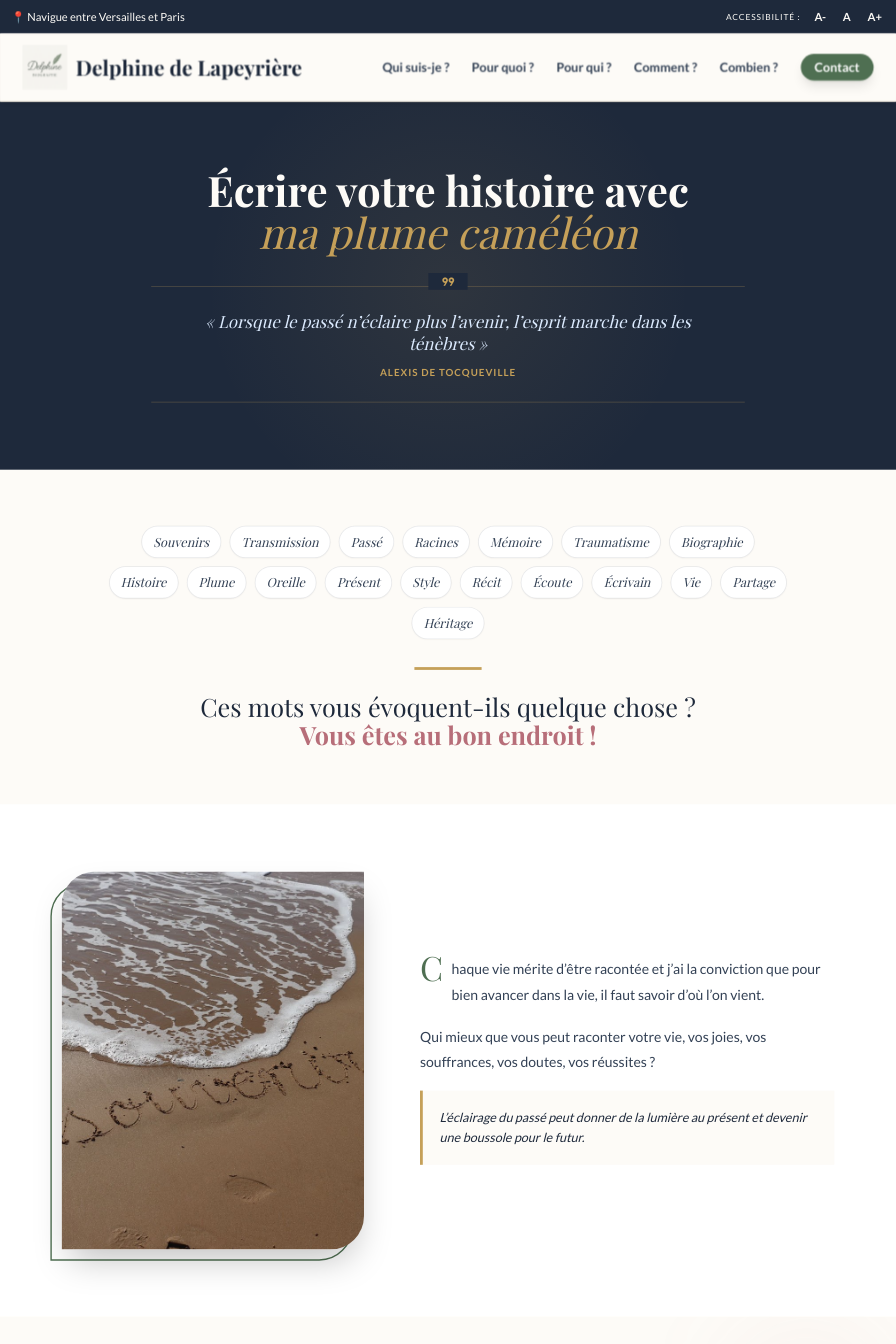
Repository: louisbdc/delphine-biographe
Page: /pour-quoi-faire
These files come from the project's save history. The page is drawn as it stood at one moment and after the next save; the edit follows.
The browser window is 1280 px wide. The pictures show the part of the page from y = 0 to 1920 px (the page is 3315 px tall before and 3403 px after), at 70% of full size.
Some web fonts or font styles are not loaded; a fallback is used. The project was rebuilt for these pictures with package versions that can differ from the ones it lists, and the page was loaded fresh each time. The framework's server and built-in components were replaced by stand-ins that run in the browser. Also part of the build but not shown: next.config.js.

Above is the page before, as saved 2026-01-07 16:51:30.

### app/layout.tsx
import type { Metadata } from "next";
import "./globals.css";
import AccessibilityControls from "@/components/AccessibilityControls";
import Footer from "@/components/Footer";

export const metadata: Metadata = {
  title: "Delphine de Lapeyrière | Biographe Familiale",
  description: "Biographe familiale, j'écris le livre de votre vie",
  icons: {
    icon: "/logo.png",
  },
};

export default function RootLayout({
  children,
}: Readonly<{
  children: React.ReactNode;
}>) {
  return (
    <html lang="fr" className="scroll-smooth">
      <head>
        {/* Google Fonts: Playfair Display (Serif) & Lato (Sans) */}
        <link rel="preconnect" href="https://fonts.googleapis.com" />
        <link rel="preconnect" href="https://fonts.gstatic.com" crossOrigin="anonymous" />
        <link
          href="https://fonts.googleapis.com/css2?family=Lato:wght@400;700&family=Playfair+Display:ital,wght@0,400;0,700;1,400&display=swap"
          rel="stylesheet"
        />
        {/* Material Symbols for Icons */}
        <link
          rel="stylesheet"
          href="https://fonts.googleapis.com/css2?family=Material+Symbols+Outlined:opsz,wght,FILL,GRAD@24,400,0,0"
        />
      </head>
      <body
        className="font-sans antialiased text-navy overflow-x-hidden flex flex-col min-h-screen"
      >
        {/* Accessibility & Top Bar */}
        <div className="bg-navy text-cream py-2 px-4 flex justify-between items-center text-sm md:text-base">
          <span className="hidden md:inline">📍 Navigue entre Versailles et Paris</span>
          <AccessibilityControls />
        </div>
        <main className="flex-1">
          {children}
        </main>
        <Footer />
      </body>
    </html>
  );
}

### app/pour-quoi-faire/page.tsx
import Navigation from "@/components/Navigation";
import Image from "next/image";

export default function PourQuoi() {
  return (
    <>
      <Navigation />

      {/* Hero Section : Titre et Citation */}
      <section className="relative py-24 bg-navy text-cream overflow-hidden">
        {/* Élément décoratif de fond */}
        <div className="absolute top-0 left-0 w-full h-full opacity-10 bg-[radial-gradient(circle_at_center,_var(--tw-gradient-stops))] from-gold via-transparent to-transparent"></div>

        <div className="container mx-auto px-6 max-w-4xl relative z-10 text-center">
          <h1 className="text-4xl md:text-6xl font-serif font-bold mb-12 leading-tight">
            Écrire votre histoire avec <br/>
            <span className="text-gold italic font-light">ma plume caméléon</span>
          </h1>

          <div className="relative inline-block p-8 border-t border-b border-gold/30">
            <span className="absolute -top-5 left-1/2 -translate-x-1/2 bg-navy px-4 text-gold material-symbols-outlined text-3xl">format_quote</span>
            <p className="text-xl md:text-2xl font-serif italic leading-relaxed text-blue-100">
              « Lorsque le passé n’éclaire plus l’avenir, l’esprit marche dans les ténèbres »
            </p>
            <p className="mt-4 text-sm uppercase tracking-widest text-gold font-bold">
              Alexis de Tocqueville
            </p>
          </div>
        </div>
      </section>

      {/* Section Mots-Clés : Design "Nuage de mots" */}
      <section className="py-20 bg-[#FDFBF7]">
        <div className="container mx-auto px-6 max-w-5xl text-center">
          <div className="flex flex-wrap justify-center gap-3 mb-10">
            {[
              "Souvenirs", "Transmission", "Passé", "Racines", "Mémoire",
              "Traumatisme", "Biographie", "Histoire", "Plume", "Oreille",
              "Présent", "Style", "Récit", "Écoute", "Écrivain",
              "Vie", "Partage", "Héritage"
            ].map((word, index) => (
              <span key={index} className="px-4 py-2 bg-white border border-navy/10 rounded-full text-navy-light font-serif italic text-lg shadow-sm">
                {word}
              </span>
            ))}
          </div>

          <div className="w-24 h-1 bg-gold mx-auto mb-8"></div>

          <h2 className="text-3xl md:text-4xl font-serif text-navy">
            Ces mots vous évoquent-ils quelque chose ? <br/>
            <span className="text-old-rose font-bold">Vous êtes au bon endroit !</span>
          </h2>
        </div>
      </section>

      {/* Section "Conviction" : Image à Gauche, Texte à Droite */}
      <section className="py-24 bg-white">
        <div className="container mx-auto px-6 max-w-6xl">
          <div className="grid md:grid-cols-12 gap-12 items-center">

            {/* Image d'ambiance */}
            <div className="md:col-span-5 relative">
              <div className="absolute inset-0 border-2 border-sage transform -translate-x-4 translate-y-4 rounded-tl-[3rem] rounded-br-[3rem] z-0"></div>
              <div className="relative z-10 rounded-tl-[3rem] rounded-br-[3rem] overflow-hidden shadow-2xl aspect-[4/5]">
                 <Image
                    src="/sea.jpg"
                    alt="Eclairage du passé"
                    fill
                    className="object-cover"
                 />
              </div>
            </div>

            {/* Texte Principal */}
            <div className="md:col-span-7 md:pl-8 space-y-6 text-lg text-navy-light leading-relaxed">
              <p>
                <span className="text-5xl float-left mr-3 mt-[-8px] font-serif text-sage">C</span>
                haque vie mérite d’être racontée et j’ai la conviction que pour bien avancer dans la vie, il faut savoir d’où l’on vient.
              </p>
              <p>
                Qui mieux que vous peut raconter votre vie, vos joies, vos souffrances, vos doutes, vos réussites ?
              </p>
              <div className="bg-[#FDFBF7] p-6 border-l-4 border-gold italic text-navy my-6">
                L’éclairage du passé peut donner de la lumière au présent et devenir une boussole pour le futur.
              </div>
            </div>
          </div>
        </div>
      </section>

      {/* Section "Passion & Émotion" : Centré */}
      <section className="py-24 bg-[#FDFBF7] relative overflow-hidden">
        <div className="absolute top-0 right-0 w-64 h-64 bg-old-rose/5 rounded-full blur-3xl"></div>
        <div className="container mx-auto px-6 max-w-4xl relative z-10">
          <div className="text-center mb-12">
            <span className="material-symbols-outlined text-5xl text-old-rose mb-6">history_edu</span>
            <p className="text-xl md:text-2xl text-navy leading-relaxed font-light">
              J’aime l’idée de faire renaître des souvenirs, de mettre en mots une vie, votre vie.
              De voir s’animer votre regard à l’évocation de certaines anecdotes, de sentir votre
              émotion palpable et d’en écrire avec vous la partition.
            </p>
          </div>
        </div>
      </section>

      {/* Section "Cadeau aux générations" : Carte finale */}
      <section className="py-24 bg-white">
        <div className="container mx-auto px-6 max-w-5xl">
          <div className="bg-navy rounded-3xl p-10 md:p-16 text-cream shadow-2xl relative overflow-hidden">
            {/* Image de fond abstraite ou texture */}
            <div className="absolute inset-0 opacity-10 bg-[url('/background.png')] bg-cover mix-blend-overlay"></div>

            <div className="relative z-10 grid md:grid-cols-2 gap-12 items-center">
              <div>
                <h3 className="text-3xl font-serif font-bold text-gold mb-6">
                  Un trésor inestimable
                </h3>
                <p className="text-lg leading-relaxed text-blue-50">
                  À l’heure où l’écrit tend à disparaître, où recevoir une lettre devient une rareté, où l’on se contente de taper un SMS rapide ou même d’enregistrer un vocal pour dire des choses aussi bien banales qu’essentielles...
                </p>
              </div>
              <div>
                <p className="text-xl font-serif italic leading-relaxed border-l-2 border-gold pl-6">
                  "Coucher sur le papier quelques bribes de sa vie, un événement important ou sa vie entière est un magnifique cadeau à faire aux générations futures qui éprouveront, un jour, le besoin de se replonger dans leurs racines."
                </p>
                <div className="mt-8">
                  <a
                    href="/contact"
                    className="inline-block bg-gold text-navy font-bold py-3 px-8 rounded-full hover:bg-white transition-colors duration-300"
                  >
                    Offrir ce cadeau
                  </a>
                </div>
              </div>
            </div>
          </div>
        </div>
      </section>
    </>
  );
}

### app/globals.css
@tailwind base;
@tailwind components;
@tailwind utilities;

body {
  background-color: #FDFBF7;
  color: #1E293B;
  /* High contrast text */
}

/* Smooth fade-in animation */
.fade-in {
  animation: fadeIn 1.2s ease-in-out;
}

@keyframes fadeIn {
  from { opacity: 0; transform: translateY(10px); }
  to { opacity: 1; transform: translateY(0); }
}

/* Focus states for accessibility */
a:focus, button:focus {
  outline: 3px solid #C5A059;
  outline-offset: 2px;
}

/* Typography overrides for specific senior readability */
p {
  line-height: 1.8;
  font-size: 1.25rem; /* ~20px for excellent readability */
}

### components/AccessibilityControls.tsx
"use client";

import { useState, useEffect } from "react";

export default function AccessibilityControls() {
  // On démarre à 100% (1) par défaut
  const [currentZoom, setCurrentZoom] = useState(1);
  const [mounted, setMounted] = useState(false);

  // Au chargement de la page (côté client uniquement)
  useEffect(() => {
    setMounted(true);
    // 1. On essaie de récupérer une préférence existante
    const savedZoom = localStorage.getItem("user-font-zoom");
    if (savedZoom) {
      const zoomValue = parseFloat(savedZoom);
      setCurrentZoom(zoomValue);
      applyZoom(zoomValue);
    } else {
      // Si aucune préférence, on applique la valeur par défaut
      applyZoom(1);
    }
  }, []);

  // Fonction pour appliquer le zoom sur la balise HTML racine
  const applyZoom = (zoom: number) => {
    if (typeof document !== "undefined") {
      // On touche à l'élément racine <html> pour que les 'rem' de Tailwind s'adaptent
      document.documentElement.style.fontSize = `${100 * zoom}%`;
    }
  };

  const handleZoomChange = (newZoom: number) => {
    setCurrentZoom(newZoom);
    applyZoom(newZoom);
    // On sauvegarde le choix pour la prochaine visite
    localStorage.setItem("user-font-zoom", newZoom.toString());
  };

  const increaseText = () => {
    if (currentZoom < 1.3) { // Max 130%
      // On utilise toFixed pour éviter les problèmes de virgule flottante (0.1 + 0.2 != 0.3)
      const newVal = parseFloat((currentZoom + 0.1).toFixed(1));
      handleZoomChange(newVal);
    }
  };

  const decreaseText = () => {
    if (currentZoom > 0.9) { // Min 90%
      const newVal = parseFloat((currentZoom - 0.1).toFixed(1));
      handleZoomChange(newVal);
    }
  };

  const resetText = () => {
    handleZoomChange(1); // Retour à 100%
  };

  // Pour éviter les erreurs d'hydratation (différence serveur/client),
  // on n'affiche rien tant que le composant n'est pas monté.
  if (!mounted) return null;

  return (
    <div className="flex items-center gap-4" id="accessibility-controls">
      <span className="uppercase tracking-widest text-xs hidden sm:inline">Accessibilité :</span>
      <button
        onClick={decreaseText}
        className="hover:text-gold font-bold p-1 transition-colors"
        aria-label="Diminuer la taille du texte"
        title="Réduire le texte"
      >
        A-
      </button>
      <button
        onClick={resetText}
        className="hover:text-gold font-bold p-1 transition-colors"
        aria-label="Taille du texte par défaut"
        title="Taille par défaut"
      >
        A
      </button>
      <button
        onClick={increaseText}
        className="hover:text-gold font-bold p-1 transition-colors"
        aria-label="Augmenter la taille du texte"
        title="Agrandir le texte"
      >
        A+
      </button>
    </div>
  );
}

### components/Footer.tsx
export default function Footer() {
  const currentYear = new Date().getFullYear();

  return (
    <footer className="bg-navy text-cream mt-auto">
      <div className="container mx-auto px-4 md:px-8 py-8 md:py-12">
        <div className="grid grid-cols-1 md:grid-cols-3 gap-8 md:gap-12">
          {/* Logo & Description */}
          <div className="flex flex-col items-center md:items-start">
            <div className="flex items-center gap-3 mb-4">
              <img
                src="/logo.png"
                alt="Delphine de Lapeyrière - Biographe"
                className="h-12 md:h-16 w-auto"
              />
              <span className="text-xl md:text-2xl font-serif font-bold text-cream">
                Delphine, biographe
              </span>
            </div>
            <p className="text-cream/80 text-center md:text-left text-base-lg">
              Biographe familiale, j&apos;écris le livre de votre vie
            </p>
          </div>

          {/* Navigation Links */}
          <div className="flex flex-col items-center md:items-start">
            <h3 className="text-lg font-serif font-bold mb-4 text-gold">
              Navigation
            </h3>
            <ul className="flex flex-col gap-3 text-base-lg">
              <li>
                <a
                  href="/qui-suis-je"
                  className="hover:text-gold transition-colors underline-offset-4 hover:underline"
                >
                  Qui suis-je ?
                </a>
              </li>
              <li>
                <a
                  href="/pour-quoi-faire"
                  className="hover:text-gold transition-colors underline-offset-4 hover:underline"
                >
                  Pour quoi ?
                </a>
              </li>
              <li>
                <a
                  href="/pour-qui"
                  className="hover:text-gold transition-colors underline-offset-4 hover:underline"
                >
                  Pour qui ?
                </a>
              </li>
              <li>
                <a
                  href="/comment"
                  className="hover:text-gold transition-colors underline-offset-4 hover:underline"
                >
                  Comment ?
                </a>
              </li>
              <li>
                <a
                  href="/combien"
                  className="hover:text-gold transition-colors underline-offset-4 hover:underline"
                >
                  Combien ?
                </a>
              </li>
              <li>
                <a
                  href="/contact"
                  className="hover:text-gold transition-colors underline-offset-4 hover:underline"
                >
                  Contact
                </a>
              </li>
            </ul>
          </div>

          {/* Contact Info */}
          <div className="flex flex-col items-center md:items-start">
            <h3 className="text-lg font-serif font-bold mb-4 text-gold">
              Contact
            </h3>
            <div className="flex flex-col gap-3 text-base-lg text-cream/80">
              <p className="flex items-center gap-2">
                <span className="material-symbols-outlined text-gold">location_on</span>
                <span>Versailles et Paris</span>
              </p>
              <p>
                <a
                  href="/contact"
                  className="hover:text-gold transition-colors underline-offset-4 hover:underline"
                >
                  Me contacter
                </a>
              </p>
            </div>
          </div>
        </div>

        {/* Copyright */}
        <div className="border-t border-cream/20 mt-8 pt-6 text-center text-cream/60 text-sm md:text-base">
          <p className="flex flex-wrap justify-center items-center gap-2">
            <span>© {currentYear} Delphine de Lapeyrière - Tous droits réservés</span>
            <span>•</span>
            <a
              href="/mentions-legales"
              className="hover:text-gold transition-colors underline-offset-4 hover:underline"
            >
              Mentions légales
            </a>
          </p>
        </div>
      </div>
    </footer>
  );
}

### components/Navigation.tsx
export default function Navigation() {
  return (
    <nav className="sticky top-0 z-50 bg-cream/95 backdrop-blur-sm shadow-md border-b border-gold/20">
      <div className="container mx-auto px-4 md:px-8 py-4 flex flex-col md:flex-row justify-between items-center">
        {/* Logo */}
        <a
          href="/"
          className="mb-4 md:mb-0 hover:opacity-80 transition-opacity flex items-center gap-3"
        >
          <img
            src="/logo.png"
            alt="Delphine de Lapeyrière - Biographe"
            className="h-12 md:h-16 w-auto"
          />
          <span className="text-2xl md:text-3xl font-serif font-bold text-navy">
            Delphine de Lapeyrière
          </span>
        </a>

        {/* Menu items */}
        <ul className="flex flex-wrap justify-center gap-4 md:gap-8 text-lg font-semibold text-navy-light">
          <li>
            <a
              href="/qui-suis-je"
              className="hover:text-old-rose transition-colors decoration-gold underline-offset-4 hover:underline"
            >
              Qui suis-je ?
            </a>
          </li>
          <li>
            <a
              href="/pour-quoi-faire"
              className="hover:text-old-rose transition-colors decoration-gold underline-offset-4 hover:underline"
            >
              Pour quoi ?
            </a>
          </li>
          <li>
            <a
              href="/pour-qui"
              className="hover:text-old-rose transition-colors decoration-gold underline-offset-4 hover:underline"
            >
              Pour qui ?
            </a>
          </li>
          <li>
            <a
              href="/comment"
              className="hover:text-old-rose transition-colors decoration-gold underline-offset-4 hover:underline"
            >
              Comment ?
            </a>
          </li>
          <li>
            <a
              href="/combien"
              className="hover:text-old-rose transition-colors decoration-gold underline-offset-4 hover:underline"
            >
              Combien ?
            </a>
          </li>
          <li>
            <a
              href="/contact"
              className="px-5 py-2 bg-sage text-white rounded-full hover:bg-green-800 transition-colors shadow-lg transform hover:-translate-y-0.5"
            >
              Contact
            </a>
          </li>
        </ul>
      </div>
    </nav>
  );
}

### tailwind.config.ts
import type { Config } from "tailwindcss";

const config: Config = {
  content: [
    "./pages/**/*.{js,ts,jsx,tsx,mdx}",
    "./components/**/*.{js,ts,jsx,tsx,mdx}",
    "./app/**/*.{js,ts,jsx,tsx,mdx}",
  ],
  theme: {
    extend: {
      colors: {
        'cream': '#FDFBF7',
        'cream-dark': '#F5F2EB',
        'navy': '#1E293B',
        'navy-light': '#334155',
        'sage': '#4F6F52',
        'gold': '#C5A059',
        'old-rose': '#B76E79',
      },
      fontFamily: {
        serif: ['"Playfair Display"', 'serif'],
        sans: ['"Lato"', 'sans-serif'],
      },
      fontSize: {
        'base-lg': '1.125rem', /* 18px minimum for body */
      }
    },
  },
  plugins: [],
};
export default config;

After the next save:
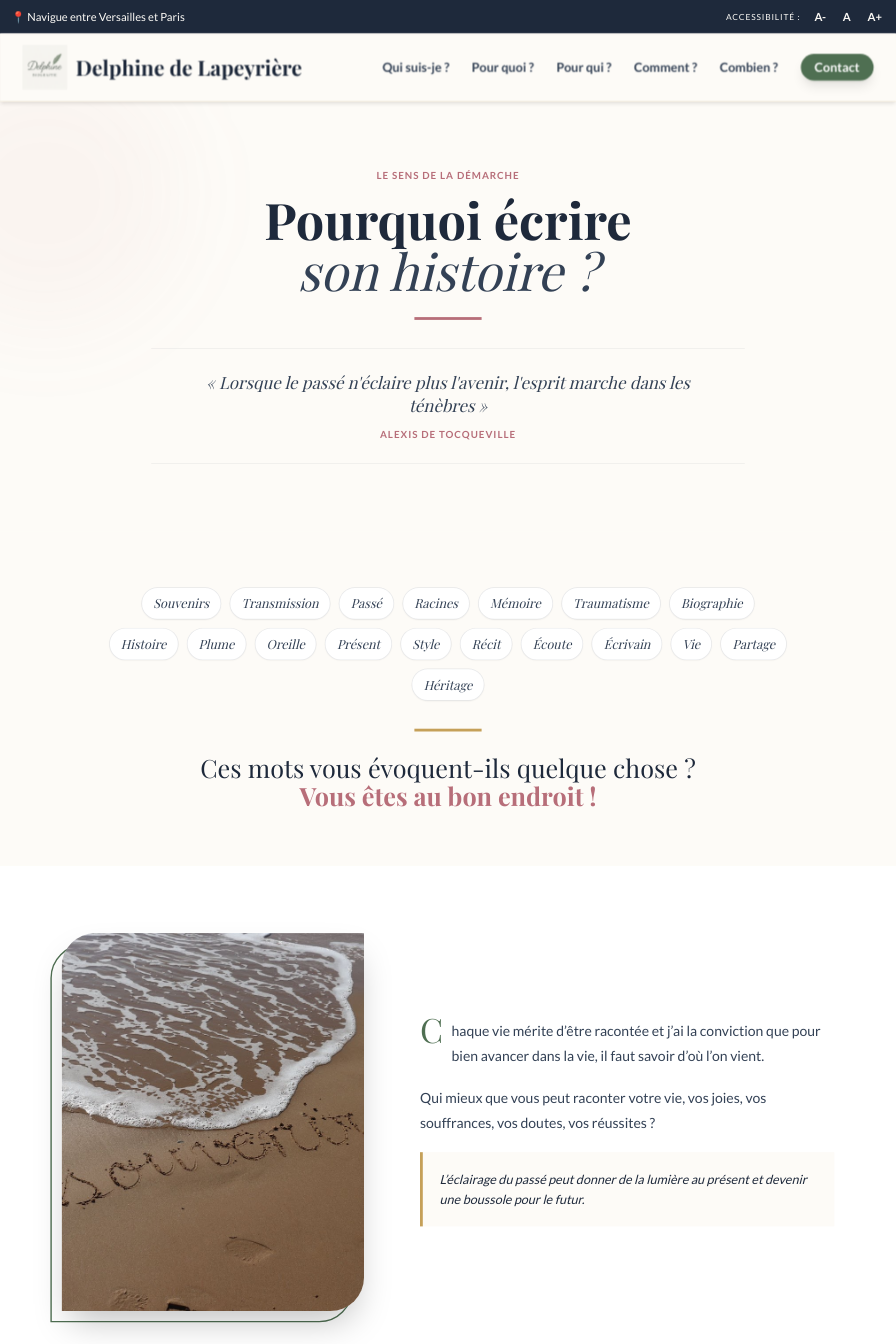
Saved 10 s later.
--- a/app/pour-quoi-faire/page.tsx
+++ b/app/pour-quoi-faire/page.tsx
@@ -7,22 +7,27 @@ export default function PourQuoi() {
       <Navigation />
 
       {/* Hero Section : Titre et Citation */}
-      <section className="relative py-24 bg-navy text-cream overflow-hidden">
-        {/* Élément décoratif de fond */}
-        <div className="absolute top-0 left-0 w-full h-full opacity-10 bg-[radial-gradient(circle_at_center,_var(--tw-gradient-stops))] from-gold via-transparent to-transparent"></div>
+      <section className="relative py-24 bg-[#FDFBF7] text-navy overflow-hidden">
+        {/* Décoration subtile unifiée */}
+        <div className="absolute top-[-10%] left-[-10%] w-96 h-96 bg-old-rose/5 rounded-full blur-3xl"></div>
 
         <div className="container mx-auto px-6 max-w-4xl relative z-10 text-center">
-          <h1 className="text-4xl md:text-6xl font-serif font-bold mb-12 leading-tight">
-            Écrire votre histoire avec <br/>
-            <span className="text-gold italic font-light">ma plume caméléon</span>
+          <span className="text-old-rose font-bold tracking-widest uppercase text-sm mb-4 block">
+            Le sens de la démarche
+          </span>
+          <h1 className="text-5xl md:text-7xl font-serif font-bold mb-8 leading-tight">
+            Pourquoi écrire <br/>
+            <span className="italic font-light text-navy-light">son histoire ?</span>
           </h1>
+          {/* Séparateur signature */}
+          <div className="w-24 h-1 bg-old-rose mx-auto mb-10"></div>
 
-          <div className="relative inline-block p-8 border-t border-b border-gold/30">
-            <span className="absolute -top-5 left-1/2 -translate-x-1/2 bg-navy px-4 text-gold material-symbols-outlined text-3xl">format_quote</span>
-            <p className="text-xl md:text-2xl font-serif italic leading-relaxed text-blue-100">
-              « Lorsque le passé n’éclaire plus l’avenir, l’esprit marche dans les ténèbres »
+          {/* La citation reste, mais adaptée au fond clair */}
+          <div className="relative inline-block p-8 border-y border-navy/10">
+            <p className="text-xl md:text-2xl font-serif italic leading-relaxed text-navy-light">
+              « Lorsque le passé n'éclaire plus l'avenir, l'esprit marche dans les ténèbres »
             </p>
-            <p className="mt-4 text-sm uppercase tracking-widest text-gold font-bold">
+            <p className="mt-4 text-sm uppercase tracking-widest text-old-rose font-bold">
               Alexis de Tocqueville
             </p>
           </div>
